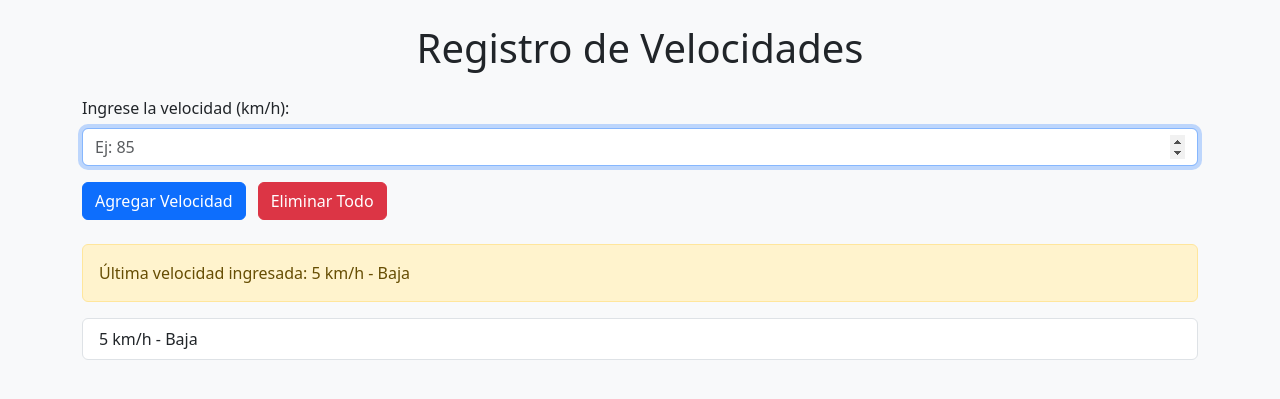
Repository: pudusito/EV2frontend
Page: index.html
The author's editor kept a copy of each file at every save. The page is drawn from the files as they stood at one save, then again after the next save.
The browser window is 1280 px wide. The pictures show the whole page.
Empty fields were first filled with sample values (such as "Sample", 5 or name@example.com).
After loading, the first visible `button.btn` was clicked once.

Above is the page before, as saved 2025-07-01 19:09:09.

### index.html
<!DOCTYPE html>
<html lang="es">

<head>
    <meta charset="UTF-8">
    <meta name="viewport" content="width=device-width, initial-scale=1">
    <title>Registro de Velocidades</title>
    <link href="https://cdn.jsdelivr.net/npm/bootstrap@5.3.3/dist/css/bootstrap.min.css" rel="stylesheet">
    <script src="dinamico.js">defer</script>
</head>

<body class="bg-light p-4">
    <div class="container">
        <h1 class="mb-4 text-center">Registro de Velocidades</h1>

        <!-- Input velocidad -->
        <div class="mb-3">
            <label for="velocidadInput" class="form-label">Ingrese la velocidad (km/h):</label>
            <input type="number" class="form-control" id="velocidadInput" placeholder="Ej: 85">
        </div>
        <button class="btn btn-primary" onclick="agregarVelocidad()">Agregar Velocidad</button>
        <button class="btn btn-danger ms-2" data-bs-toggle="modal" data-bs-target="#modalEliminarTodo">Eliminar
            Todo</button>

        <!-- Alert última velocidad -->
        <div id="alertaVelocidad" class="alert d-none mt-4" role="alert">
            Última velocidad ingresada:
        </div>

        <!-- Lista de velocidades -->
        <ul id="listaVelocidades" class="list-group mt-3"></ul>
    </div>

    <!-- Modal de confirmación para eliminar todo -->
    <div class="modal fade

### dinamico.js
let velocidades = []; // Arreglo para almacenar velocidades

// Función para agregar una nueva velocidad
function agregarVelocidad() {
  const input = document.getElementById('velocidadInput');
  const valor = Number(input.value);

  if (input.value === "" || isNaN(valor)) return;

  velocidades.push(valor);

  let estado = '';
  let color = '';
  if (valor > 120) {
    estado = 'Exceso';
    color = 'danger';
  } else if (valor >= 60) {
    estado = 'Normal';
    color = 'success';
  } else {
    estado = 'Baja';
    color = 'warning';
  }

  mostrarVelocidades();

  const alerta = document.getElementById('alertaVelocidad');
  alerta.className = `alert alert-${color} mt-4`;
  alerta.textContent = `Última velocidad ingresada: ${valor} km/h - ${estado}`;
  alerta.classList.remove('d-none');

  input.value = "";
  input.focus();
}

// Función para mostrar todas las velocidades
function mostrarVelocidades() {
  const lista = document.getElementById('listaVelocidades');
  lista.innerHTML = "";
  velocidades.forEach((v) => {
    let estado = "";
    if (v > 120) {
      estado = "Exceso";
    } else if (v >= 60) {
      estado = "Normal";
    } else {
      estado = "Baja";
    }

    const li = document.createElement("li");
    li.textContent = `${v} km/h - ${estado}`;
    li.className = "list-group-item";
    lista.appendChild(li);
  });
}

// Función para eliminar todos los registros
function eliminarTodo() {
  velocidades = [];
  document.getElementById('listaVelocidades').innerHTML = "";
  const alerta = document.getElementById('alertaVelocidad');
  alerta.className = 'alert d-none mt-4';
  alerta.textContent = "";
  document.getElementById('velocidadInput').value = "";

  const modalEliminarTodo = bootstrap.Modal.getInstance(document.getElementById('modalEliminarTodo'));
  modalEliminarTodo.hide();
}

After the next save:
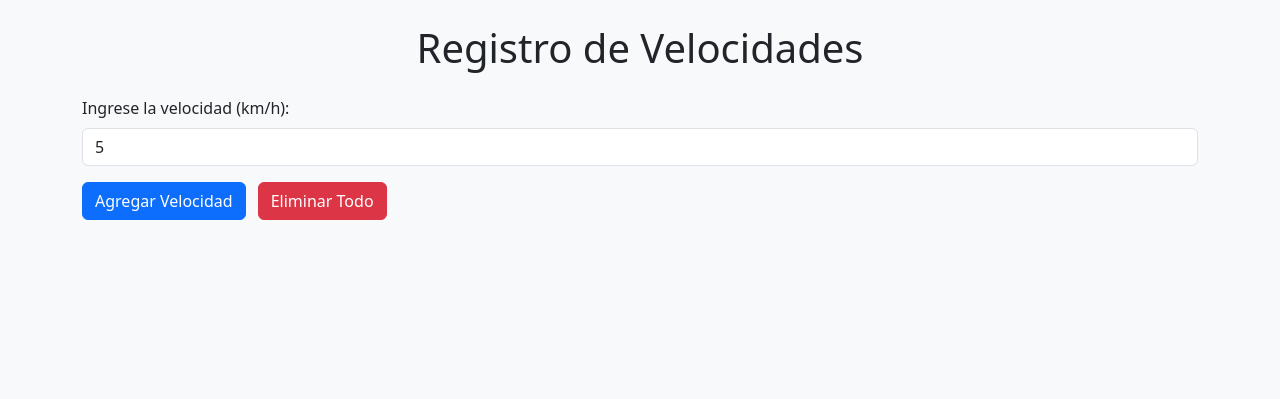
Console error: TypeError: Cannot read properties of null (reading 'addEventListener')
Saved 4 min 20 s later.
--- a/dinamico.js
+++ b/dinamico.js
@@ -1,68 +1,72 @@
-let velocidades = []; // Arreglo para almacenar velocidades
+let velocidades = []; // Arreglo que guarda velocidades
 
-// Función para agregar una nueva velocidad
+const inputVelocidad = document.getElementById("velocidad");
+const btnAgregar = document.getElementById("btnAgregar");
+const listaVehiculos = document.getElementById("listaVehiculos");
+const alertaVelocidad = document.getElementById("alertaVelocidad");
+
+btnAgregar.addEventListener("click", agregarVelocidad);
+
 function agregarVelocidad() {
-  const input = document.getElementById('velocidadInput');
-  const valor = Number(input.value);
+  const valor = Number(inputVelocidad.value);
 
-  if (input.value === "" || isNaN(valor)) return;
+  if (inputVelocidad.value === "" || isNaN(valor)) {
+    Swal.fire({
+      icon: "warning",
+      title: "Dato inválido",
+      text: "Por favor, ingresa una velocidad válida.",
+    });
+    return;
+  }
 
   velocidades.push(valor);
-
-  let estado = '';
-  let color = '';
-  if (valor > 120) {
-    estado = 'Exceso';
-    color = 'danger';
-  } else if (valor >= 60) {
-    estado = 'Normal';
-    color = 'success';
-  } else {
-    estado = 'Baja';
-    color = 'warning';
-  }
-
   mostrarVelocidades();
-
-  const alerta = document.getElementById('alertaVelocidad');
-  alerta.className = `alert alert-${color} mt-4`;
-  alerta.textContent = `Última velocidad ingresada: ${valor} km/h - ${estado}`;
-  alerta.classList.remove('d-none');
-
-  input.value = "";
-  input.focus();
+  mostrarUltimaVelocidad(valor);
+  inputVelocidad.value = "";
+  inputVelocidad.focus();
 }
 
-// Función para mostrar todas las velocidades
 function mostrarVelocidades() {
-  const lista = document.getElementById('listaVelocidades');
-  lista.innerHTML = "";
-  velocidades.forEach((v) => {
-    let estado = "";
-    if (v > 120) {
-      estado = "Exceso";
-    } else if (v >= 60) {
-      estado = "Normal";
-    } else {
-      estado = "Baja";
-    }
-
+  listaVehiculos.innerHTML = "";
+  velocidades.forEach((vel) => {
     const li = document.createElement("li");
-    li.textContent = `${v} km/h - ${estado}`;
     li.className = "list-group-item";
-    lista.appendChild(li);
+    li.textContent = `${vel} km/h - ${clasificarVelocidad(vel)}`;
+    listaVehiculos.appendChild(li);
   });
 }
 
-// Función para eliminar todos los registros
-function eliminarTodo() {
+function mostrarUltimaVelocidad(valor) {
+  const estado = clasificarVelocidad(valor);
+  let claseColor = "";
+
+  if (valor > 120) claseColor = "danger";
+  else if (valor >= 60) claseColor = "success";
+  else claseColor = "warning";
+
+  alertaVelocidad.className = `alert alert-${claseColor} mt-4`;
+  alertaVelocidad.textContent = `Última velocidad ingresada: ${valor} km/h - ${estado}`;
+  alertaVelocidad.classList.remove("d-none");
+}
+
+function clasificarVelocidad(vel) {
+  if (vel > 120) return "Exceso";
+  if (vel >= 60) return "Normal";
+  return "Baja";
+}
+
+function eliminarTodos() {
   velocidades = [];
-  document.getElementById('listaVelocidades').innerHTML = "";
-  const alerta = document.getElementById('alertaVelocidad');
-  alerta.className = 'alert d-none mt-4';
-  alerta.textContent = "";
-  document.getElementById('velocidadInput').value = "";
+  mostrarVelocidades();
+  alertaVelocidad.className = "alert d-none mt-4";
+  alertaVelocidad.textContent = "";
 
-  const modalEliminarTodo = bootstrap.Modal.getInstance(document.getElementById('modalEliminarTodo'));
-  modalEliminarTodo.hide();
+  const modal = bootstrap.Modal.getInstance(document.getElementById("modalEliminarTodo"));
+  modal.hide();
+
+  Swal.fire({
+    icon: "success",
+    title: "Registros eliminados",
+    text: "Se eliminaron todas las velocidades correctamente.",
+  });
 }
